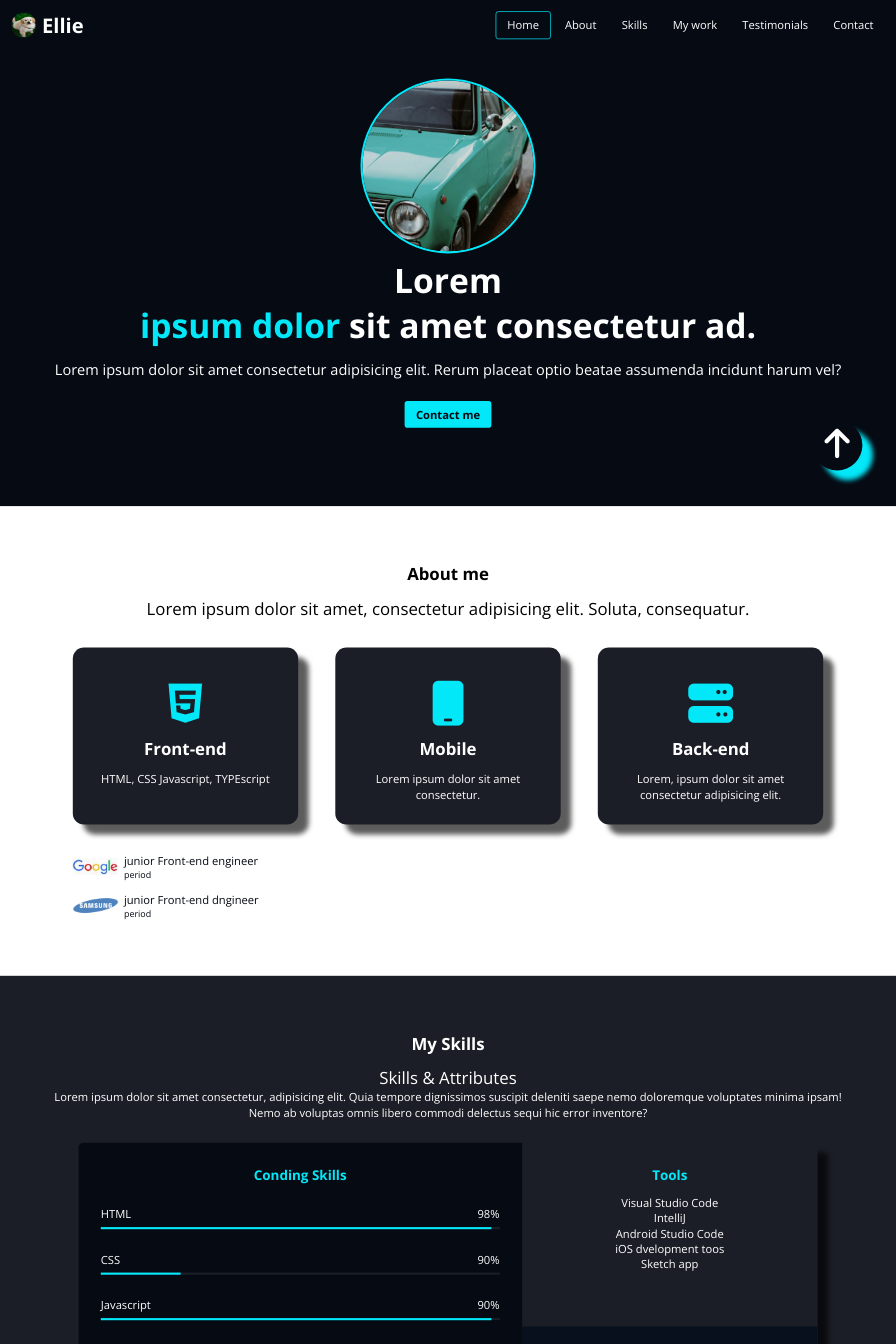
Repository: Arden-Sol/portfolio-website-clone-coding
Page: index.html
The author's editor kept a copy of each file at every save. The page is drawn from the files as they stood at one save, then again after the next save.
The browser window is 1280 px wide. The pictures show the part of the page from y = 0 to 1920 px (the page is 4153 px tall), at 70% of full size.
Some web libraries are served in a nearby version.

Above is the page before, as saved 2024-04-04 22:19:01.

After the next save:
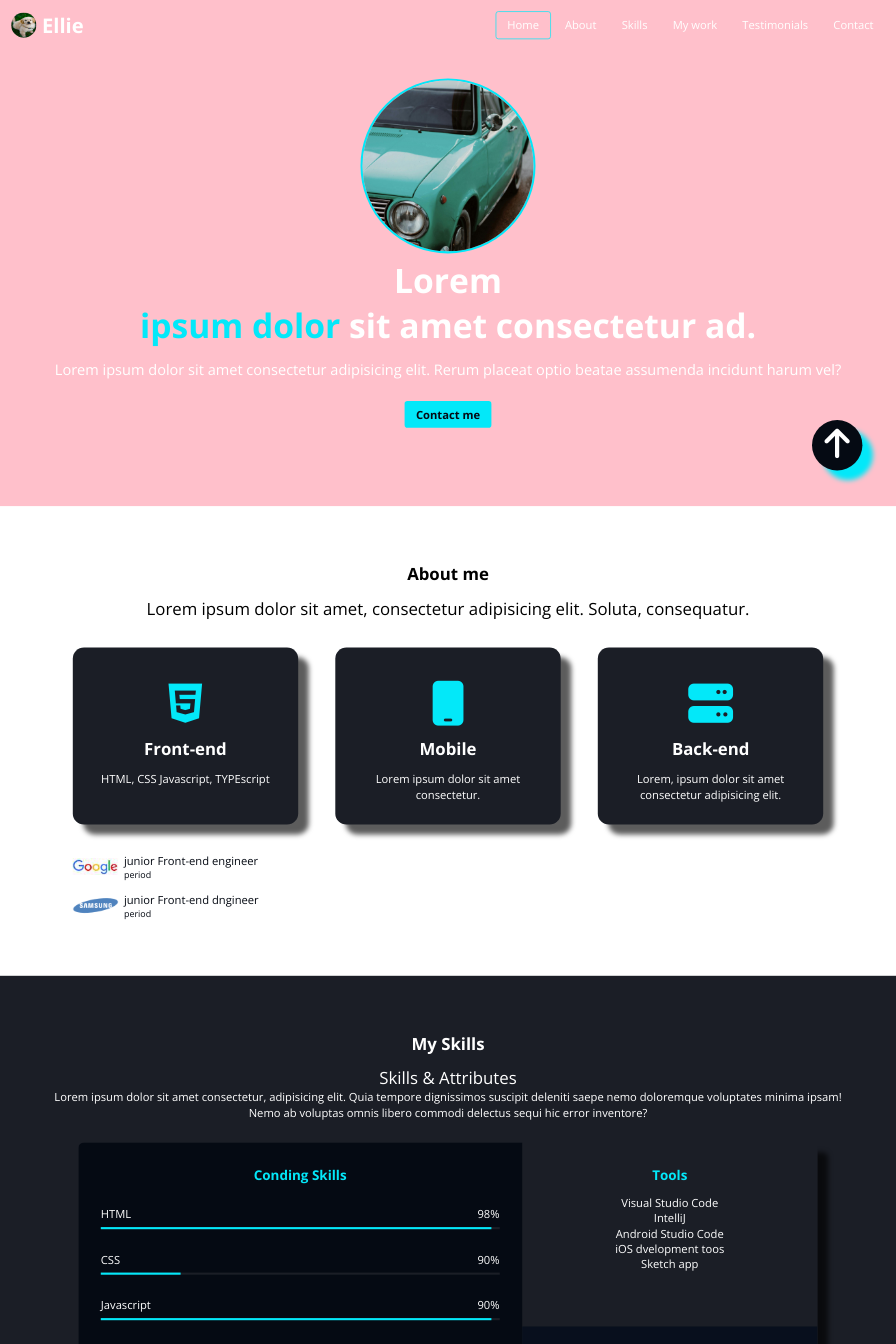
Saved 2 min 18 s later.
--- a/css/style.css
+++ b/css/style.css
@@ -114,7 +114,7 @@
 }
 /* Home */
 #home{
-  background-color: var(--color-primary);
+  background-color: pink;
   color: var(--color-text);
   padding : 5rem 1rem;
   padding-top: 7rem;

After the 3 saves that followed:
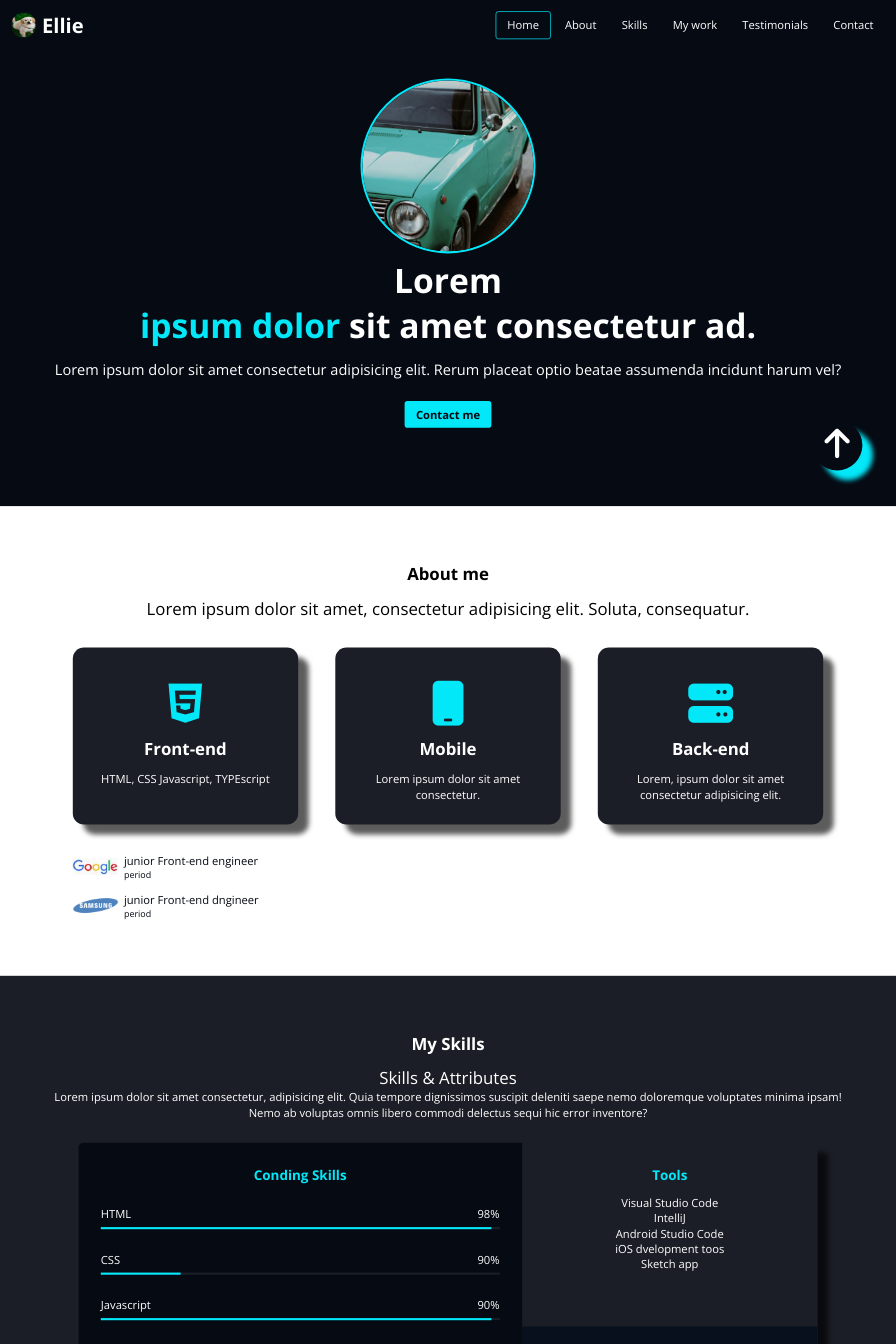
The 3 saves are shown as one change because 2 left the picture as it was.
The last was saved 86 s later.
--- a/css/style.css
+++ b/css/style.css
@@ -114,7 +114,7 @@
 }
 /* Home */
 #home{
-  background-color: pink;
+  background-color: var(--color-primary);
   color: var(--color-text);
   padding : 5rem 1rem;
   padding-top: 7rem;
--- a/src/main.js
+++ b/src/main.js
@@ -4,8 +4,8 @@
 const headerHeight = header.getBoundingClientRect().height;
 document.addEventListener('scroll', () => {
   if (window.scrollY > headerHeight) {
-    header.classList.add('header-dark')
+    header.classList.add('header--dark')
   } else {
-    header.classList.remove('header-dark')
+    header.classList.remove('header--dark')
   }
 });
